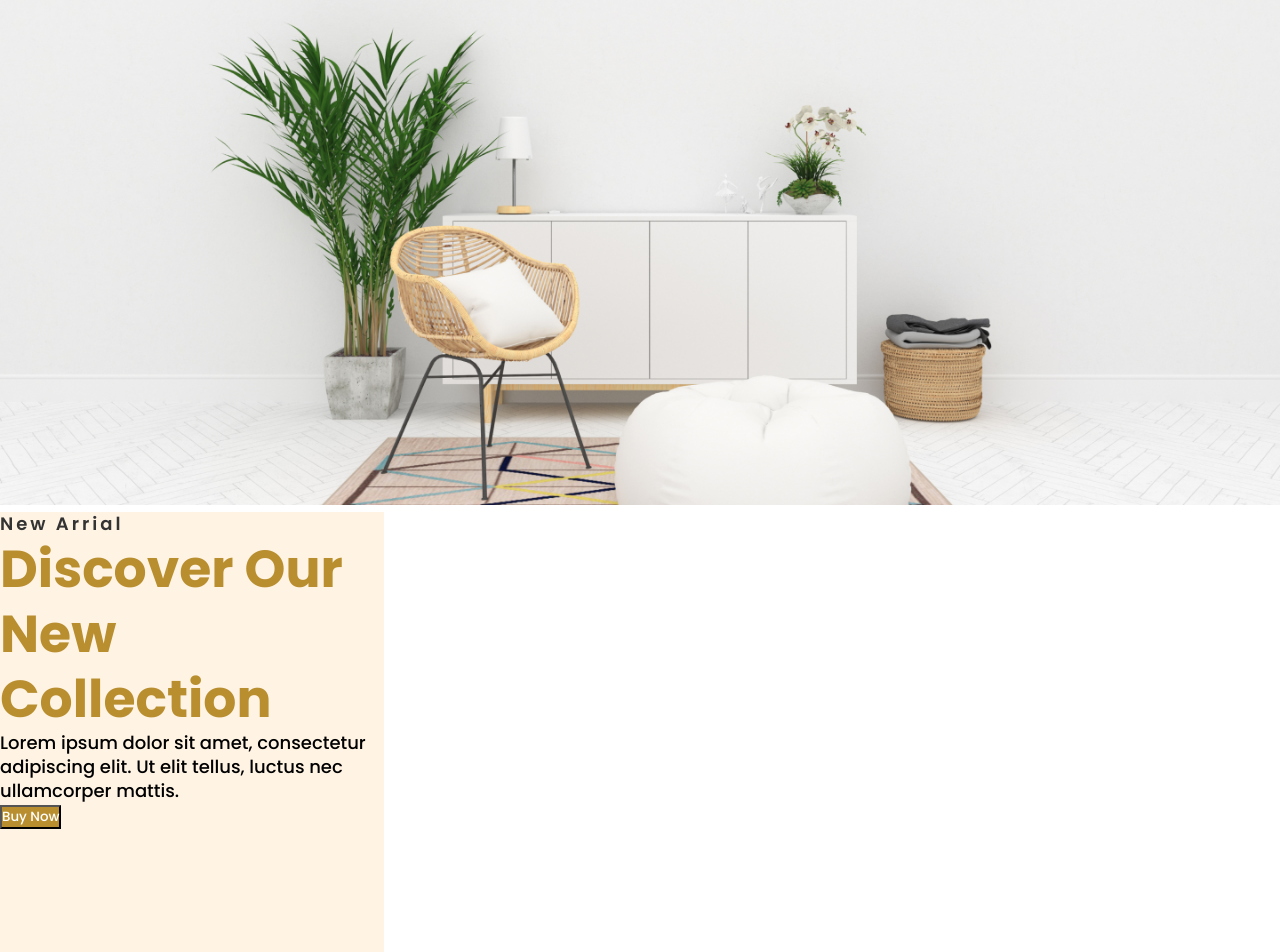
Repository: DT2301/project
Page: index.html
An editor plug-in stored every save of this project. The page is shown before and after a run of saves, followed by the edit.
The browser window is 1280 px wide. The pictures show the part of the page from y = 233 to 1185 px (the page is 1185 px tall).
A picture or video elsewhere on the page could not be fetched, so the positions and the page height are approximate.

Above is the page before, as saved 2024-01-07 10:14:46.

### index.html
<!DOCTYPE html>
<html lang="en">

<head>
    <meta charset="UTF-8">
    <meta name="viewport" content="width=device-width, initial-scale=1.0">
    <title>Document</title>
    <link rel="preconnect" href="https://fonts.googleapis.com">
    <link rel="preconnect" href="https://fonts.gstatic.com" crossorigin>
    <link href="https://fonts.googleapis.com/css2?family=Poppins:ital,wght@0,500;0,600;0,700;1,600;1,700&display=swap"
        rel="stylesheet">
    <link rel="stylesheet" href="style.css">
</head>

<body>
    <header>
        <div class="sidebar">
            <div class="logo">
                <a href=""> <img srcset="./image/logox2.png 2x" alt=""></a>
            </div>
            <ul class="sidebar__menu--center">
                <li class="menu menu--home">
                    <a href="">Home</a>
                </li>
                <li class="menu menu--shop">
                    <a href="">Shop</a>
                </li>
                <li class="menu menu--about">
                    <a href="">About</a>
                </li>
                <li class="menu menu--contact">
                    <a href="">Contact</a>
                </li>
            </ul>
            <ul class="sidebar__menu--icon">
                <li class="menu menu--user">
                    <a href="">
                        <span>
                            <ion-icon name="person-outline"></ion-icon>
                        </span>
                    </a>
                </li>
                <li class="menu menu--search">
                    <a href="">
                        <span>
                            <ion-icon name="search-outline"></ion-icon>
                        </span>
                    </a>
                </li>
                <li class="menu menu--heart">
                    <a href="">
                        <span>
                            <ion-icon name="heart-outline"></ion-icon>
                        </span>
                    </a>
                </li>
                <li class="menu menu--cart">
                    <a href="">
                        <span>
                            <ion-icon name="cart-outline"></ion-icon>
                        </span>
                    </a>
                </li>
            </ul>
        </div>
        <div class="wrapper">
            <div class="background">
                <img class="wrapper__background" srcset="./image/background.png " alt="">
            </div>
            <div class="infor">
                <span>
                    New Arrial
                </span>
                <h2>
                    Discover Our <br>
                    New Collection
                </h2>
                <p>
                    Lorem ipsum dolor sit amet, consectetur adipiscing elit. Ut elit tellus, luctus nec ullamcorper
                    mattis.
                </p>
                <button type="button" class="wrapper__btn"> Buy Now </button>
            </div>

        </div>
    </header>

    <script type="module" src="https://unpkg.com/ionicons@7.1.0/dist/ionicons/ionicons.esm.js"></script>
    <script nomodule src="https://unpkg.com/ionicons@7.1.0/dist/ionicons/ionicons.js"></script>
</body>

</html>

### style.css
* {
  padding: 0;
  margin: 0;
  font-family: "Poppins", sans-serif;
  color: black;
}

a,
ul {
  list-style: none;
  text-decoration: none;
}

.sidebar {
  display: flex;
  flex-direction: row;
  justify-content: center;
  align-items: center;
  background-color: white;
  width: 100%;
  height: 100px;
}

.logo {
  position: absolute;
  left: 50px;
}

.sidebar__menu--center {
  width: 30%;
  display: flex;
  justify-content: space-between;
  font-size: 16px;
  font-weight: 500;
  line-height: 24px;
}

.sidebar__menu--icon{
  display: flex;
  width: 15%;
  position: absolute;
  justify-content: space-between;
  right: 70px;
  font-size: 25px;
}


.wrapper__background{
    width: 100%;
    height: 100%;
    object-fit: cover;
}

.infor{
    background-color: #FFF3E3;
    width: 30%;
    height: 440px;
}

.infor span{
    line-height: 24px;
    font-weight: 600;
    letter-spacing: 3px;
    color: #333333 ;
}

.infor h2{
    font-size: 52px;
    line-height: 65px;
    font-weight: 700;
    color: #B88E2F;
}

.infor{
    font-size: 18px;
    line-height: 24px;
}

.wrapper__btn{
    background-color: #B88E2F;
    color: #ffffff;

}

After the next 2 saves:
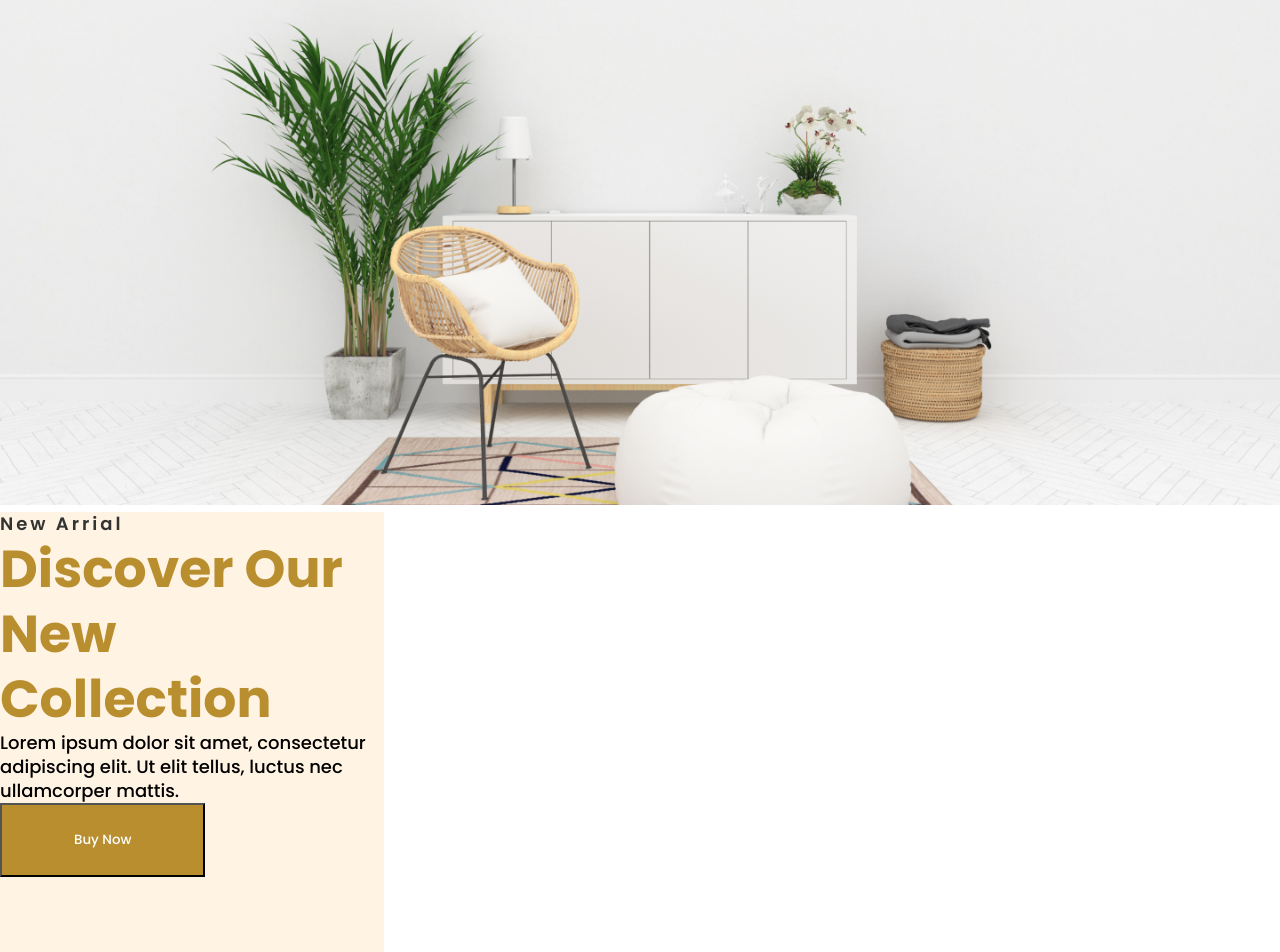
The 2 saves are shown as one change because they came seconds apart.
The last was saved 28 s later.
--- a/style.css
+++ b/style.css
@@ -79,5 +79,6 @@ ul {
 .wrapper__btn{
     background-color: #B88E2F;
     color: #ffffff;
+    Padding :25px 72px 25px 72px;
 
 }
